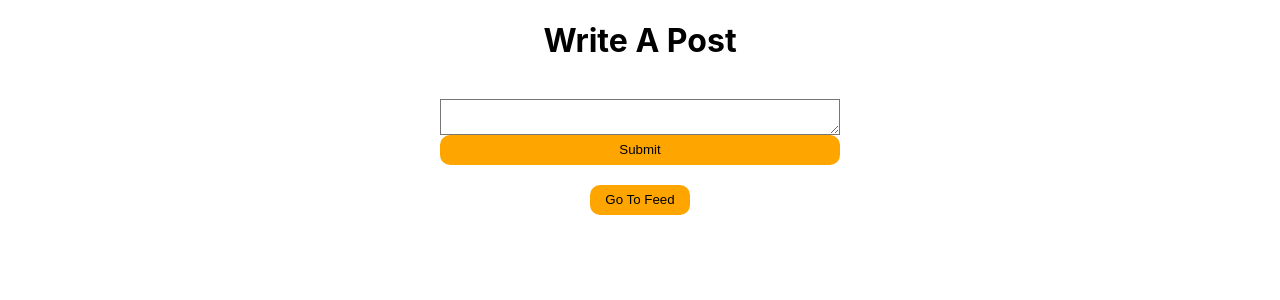
Repository: shaelorch/comp-week4
Page: /addPosts
These files come from the project's save history. The page is drawn as it stood at one moment and after the next save; the edit follows.
The browser window is 1280 px wide. The pictures show the whole page.
The project was rebuilt for these pictures with package versions that can differ from the ones it lists, and the page was loaded fresh each time. The framework's server and built-in components were replaced by stand-ins that run in the browser. Also part of the build but not shown: next.config.js.

Above is the page before, as saved 2023-01-31 23:12:00.

### pages/addPosts.js
import { useState } from 'react'
import axios from 'axios'
import { useEffect } from 'react'

export default function Home({posts}) {
    const [title, setTitle] = useState('')
    const [content, setContent] = useState('')

  const handleSubmit = async (e) => {
  e.preventDefault()
  const res = await axios.post('/api/posts', { title, content })
    console.log(res.data)
  }

  return <div style={{display:'flex', justifyContent:'center', flexDirection:'column' , alignItems:'center'}}>
  <h1>Write A Post</h1>

        <form onSubmit={handleSubmit} style={{display: "flex", flexDirection: "column", width:400}}>
          <input style={{backgroundColor:'white',  border:'transparent'}} type="text" value={title} onChange={(e) => setTitle(e.target.value)} />
          <textarea style={{backgroundColor:'white'}} value={content} onChange={(e) => setContent(e.target.value)} />


            <button style={{backgroundColor:'orange', borderRadius:10, border:'transparent', height:30}} type="submit">Submit</button>
        </form>
        <a href='/'>
            <button style={{display:'flex', marginTop:20, backgroundColor:'orange', border:'transparent', height:30, alignItems:'center', borderRadius:10, padding:15}}>Go To Feed</button>
        </a>


    </div>
  }

Loaded but not shown: pages/_app.js (common file); styles/globals.css (common file)

After the next save:
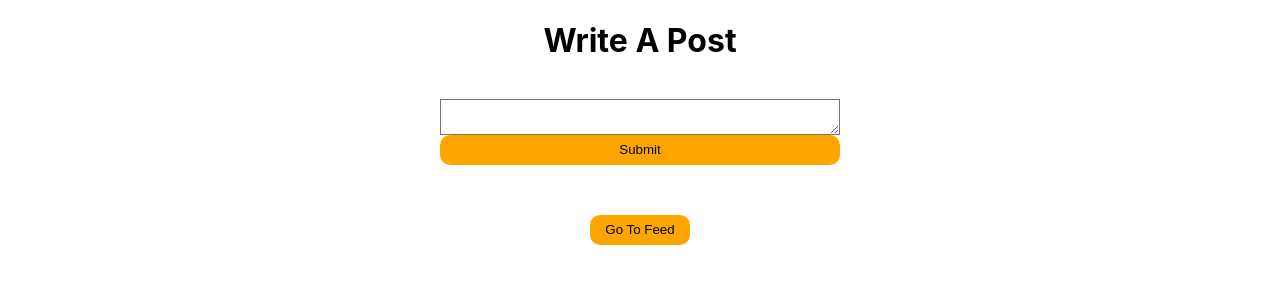
Saved 16 s later.
--- a/pages/addPosts.js
+++ b/pages/addPosts.js
@@ -23,7 +23,7 @@ export default function Home({posts}) {
             <button style={{backgroundColor:'orange', borderRadius:10, border:'transparent', height:30}} type="submit">Submit</button>
         </form>
         <a href='/'>
-            <button style={{display:'flex', marginTop:20, backgroundColor:'orange', border:'transparent', height:30, alignItems:'center', borderRadius:10, padding:15}}>Go To Feed</button>
+            <button style={{display:'flex', marginTop:50, backgroundColor:'orange', border:'transparent', height:30, alignItems:'center', borderRadius:10, padding:15}}>Go To Feed</button>
         </a>
 
 
